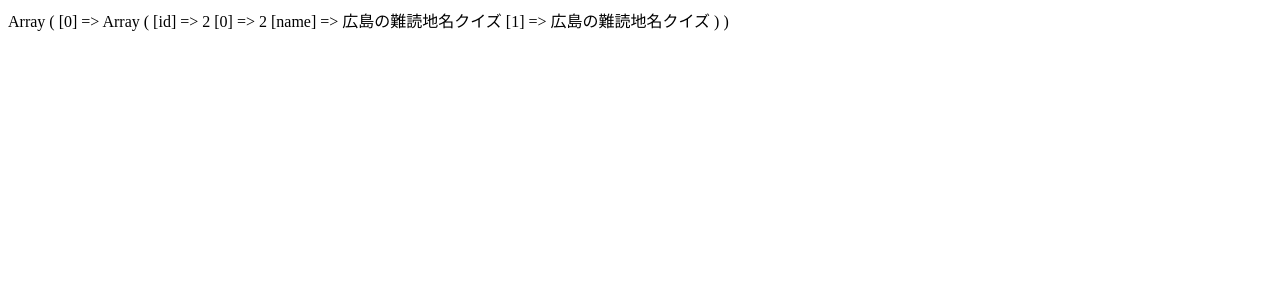
Repository: posse-ap/gen2.0-akira1515
Page: http://localhost/www/html/db_connect.php
The author's editor kept a copy of each file at every save. The page is drawn from the files as they stood at one save, then again after the next save.
The browser window is 1280 px wide. The pictures show the whole page.
The page is run by PHP 8.4 with error messages shown; the project is at /var/www/html/. The database holds what the project's SQL file puts in it.

Above is the page before, as saved 2021-12-24 15:57:49.

### www/html/db_connect.php
<?php
// 1.データベースに接続する。
$pdo = new PDO('mysql:dbname=quizy; host=db;' , 'root', 'secret');
$pdo->query('SET NAMES utf8;');

// 2.実行したいSQL文をセットする。
$stmt = $pdo->prepare('SELECT * FROM big_questions WHERE id = :id' );

// 3.SQLに対してパラメーターをセットする。【任意】(可変する部分の受け皿)
// $stmt->bindValue(':mail_address', $mail_address, PDO::PARAM_STR);
$stmt->bindValue(':id', 2);

// 4.実際にSQLを実行する。
$stmt->execute(); //prepareの時に発射させるもの

// 5.結果を取得する。【任意】
$user = $stmt->fetchAll();
print_r($user) ;

// 6.データーベースから切断する。
unset($pdo);

### mysql/quizytable.sql (the tables this page reads)
CREATE TABLE big_questions (
  id       SMALLINT(4),
  name     VARCHAR(255) NOT NULL
);

INSERT INTO big_questions
VALUES
(1, '東京の難読地名クイズ'),
(2, '広島の難読地名クイズ');

After the next save:
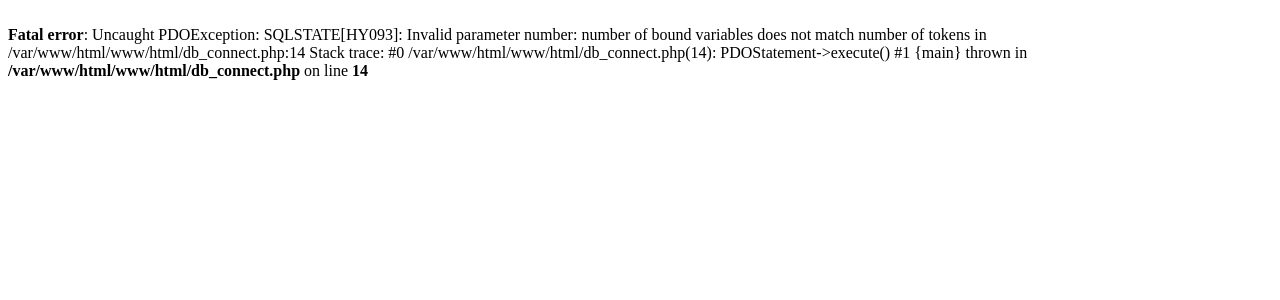
Saved 31 s later.
--- a/www/html/db_connect.php
+++ b/www/html/db_connect.php
@@ -4,7 +4,7 @@ $pdo = new PDO('mysql:dbname=quizy; host=db;' , 'root', 'secret');
 $pdo->query('SET NAMES utf8;');
 
 // 2.実行したいSQL文をセットする。
-$stmt = $pdo->prepare('SELECT * FROM big_questions WHERE id = :id' );
+$stmt = $pdo->prepare('SELECT * FROM big_questions WHERE id = :' );
 
 // 3.SQLに対してパラメーターをセットする。【任意】(可変する部分の受け皿)
 // $stmt->bindValue(':mail_address', $mail_address, PDO::PARAM_STR);
